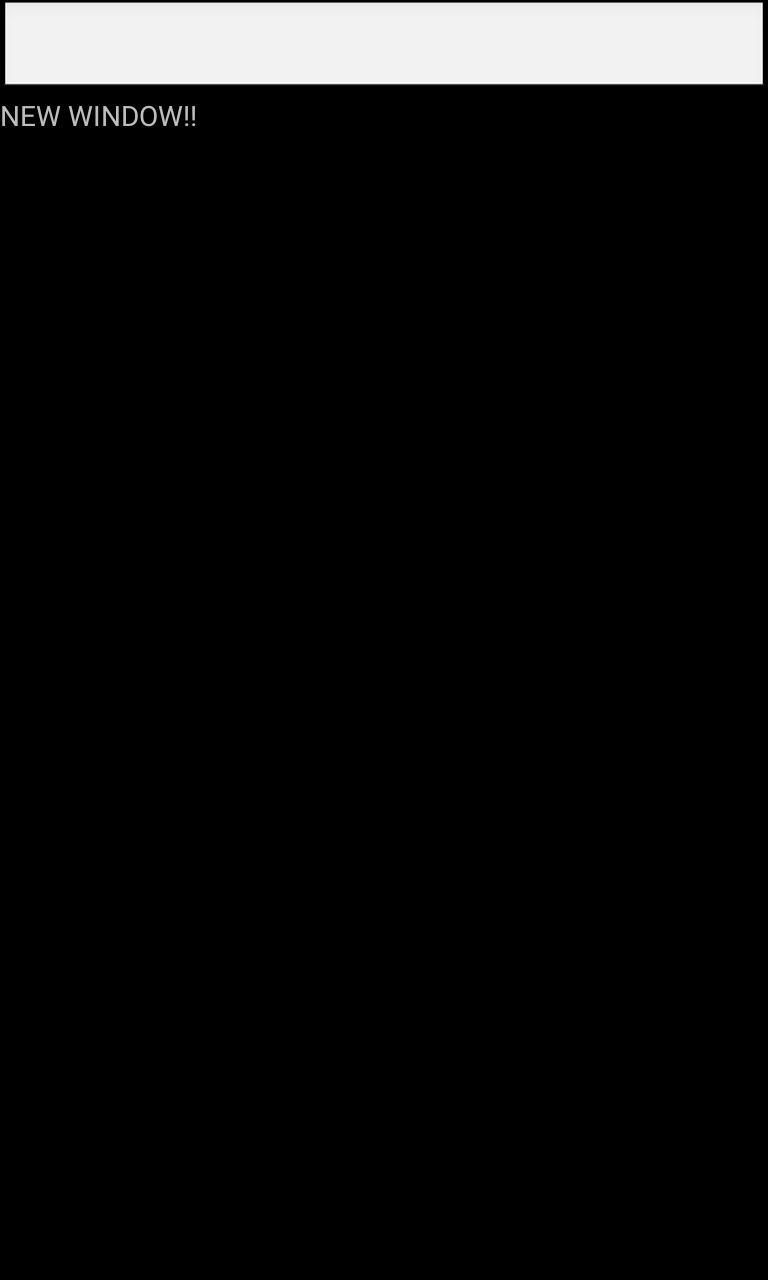
Repository: rolsen/HvZ
Layout: HvZ_phone/res/layout/players.xml
These files come from the project's save history. The layout is drawn as it stood at one moment and after the next save; the edit follows.
It is drawn on a 768 x 1280 px phone screen (xhdpi) without system bars, with theme android:Theme; the app's code is not run.

Above is the layout before, as saved 2011-11-06 23:07:40.

After the next save:
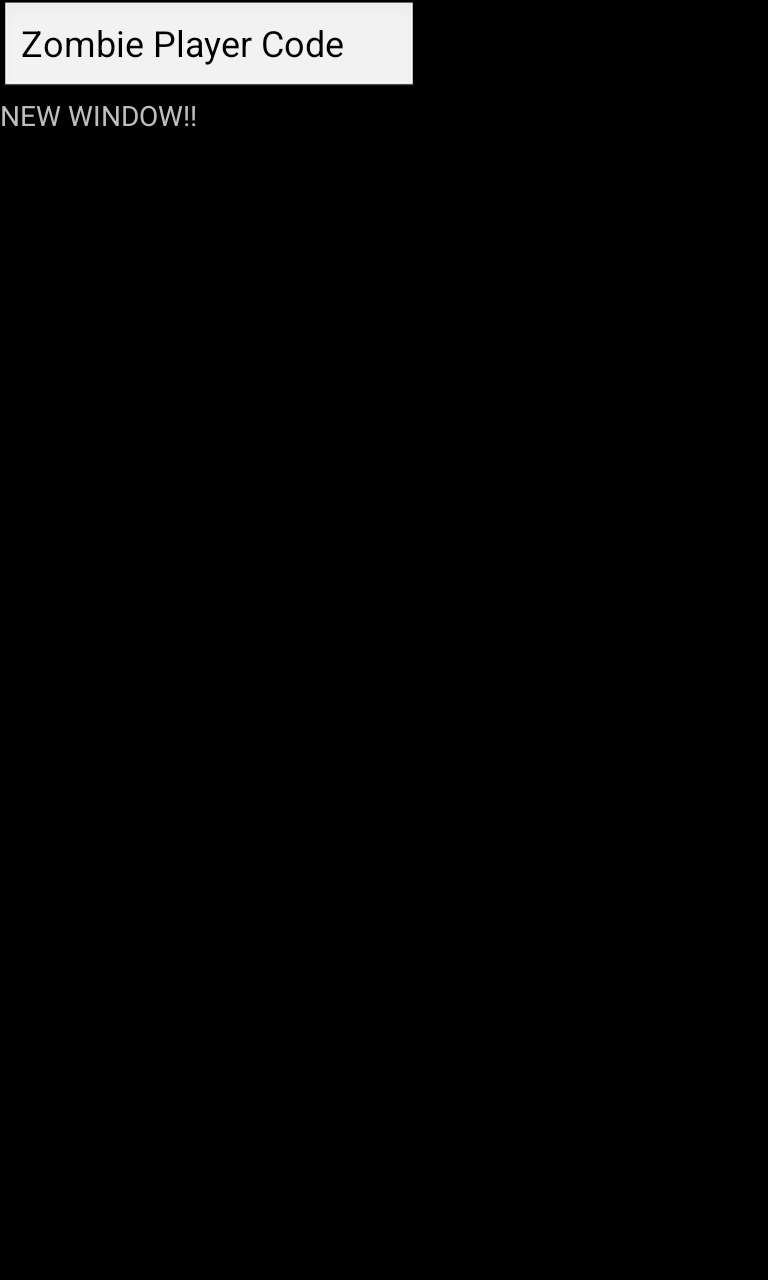
Saved 7 s later.
--- a/HvZ_phone/res/layout/players.xml
+++ b/HvZ_phone/res/layout/players.xml
@@ -4,11 +4,13 @@
     android:layout_height="match_parent"
     android:orientation="vertical" >
 
+
     <EditText
         android:id="@+id/zombie"
-        android:layout_width="match_parent"
+        android:layout_width="209dp"
         android:layout_height="wrap_content"
-        android:inputType="number" />
+        android:inputType="number"
+        android:text="@string/zombie_label" />
 
 	<TextView
 	    android:layout_width="match_parent"
